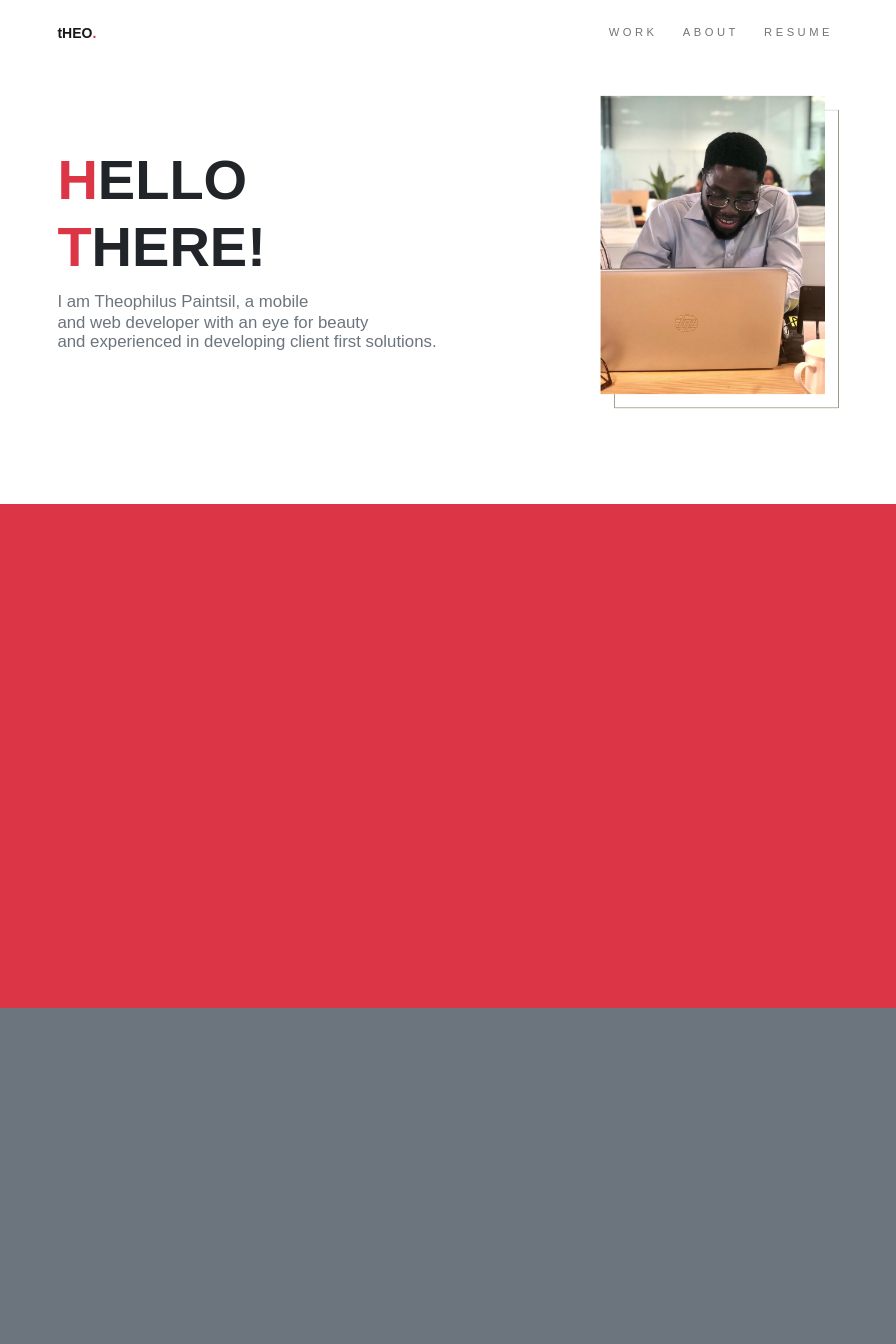
Repository: tHEO2k17/portfolio
Page: /
These files come from the project's save history. The page is drawn as it stood at one moment and after the next save; the edit follows.
The browser window is 1280 px wide. The pictures show the part of the page from y = 0 to 1920 px (the page is 3000 px tall), at 70% of full size.
The project was rebuilt for these pictures with package versions that can differ from the ones it lists, and the page was loaded fresh each time.

Above is the page before, as saved 2021-07-22 10:08:20.

### public/index.html
<!DOCTYPE html>
<html lang="en">
  <head>
    <meta charset="utf-8" />
    <link rel="icon" href="%PUBLIC_URL%/favicon.ico" />
    <meta name="viewport" content="width=device-width, initial-scale=1" />
    <meta name="theme-color" content="#000000" />
    <meta
      name="description"
      content="Web site created using create-react-app"
    />
    <link rel="apple-touch-icon" href="%PUBLIC_URL%/logo192.png" />
    <link rel="manifest" href="%PUBLIC_URL%/manifest.json" />
    <title>Theophilus Paintsil - Portfolio</title>
  </head>
  <body>
    <noscript>You need to enable JavaScript to run this app.</noscript>
    <div id="root"></div>
  </body>
</html>

### src/index.tsx
import React from 'react';
import ReactDOM from 'react-dom';
import './index.scss';
import App from './presentation/App';

ReactDOM.render(
  <React.StrictMode>
    <App />
  </React.StrictMode>,
  document.getElementById('root')
);

### src/index.scss
@import '~bootstrap/scss/bootstrap.scss';

body{
    font-family: Arial, Helvetica, sans-serif;
}
// Navbar
.navbar-light .navbar-nav{
    padding: 1.2rem 0rem;
}

.navbar-light .navbar-nav .nav-link {
   letter-spacing: 5px;
//    font-size: 14px;
}

.navbar-light .navbar-nav .nav-link:not(:last-child) {
    margin-right: 20px;
 }

### src/presentation/App.tsx
import React from 'react';
import { Switch, Route, BrowserRouter as Router, } from 'react-router-dom';
import HomePage from './pages/HomePage';

function App() {
  return (
    <Router>
      <Switch>
        <Route exact path="/" component={HomePage} />
      </Switch>
    </Router>
  );
}

export default App;

### src/presentation/pages/HomePage.tsx
import { Col, Container, Nav, Navbar, Row, Image } from "react-bootstrap";

export default function HomePage() {
    return (
        <>
            <Navbar expand="lg" fixed="top" variant="light">
                <Container>
                    <Navbar.Brand href="#home">
                        <span className="fw-bold">tHEO<b className="text-danger">.</b></span>
                    </Navbar.Brand>
                    <Navbar.Toggle />
                    <Navbar.Collapse>
                        <Nav className="ms-auto">
                            <Nav.Link href="#home">WORK</Nav.Link>
                            <Nav.Link href="#home">ABOUT</Nav.Link>
                            <Nav.Link href="#link">RESUME</Nav.Link>
                        </Nav>
                    </Navbar.Collapse>
                </Container>
            </Navbar>

            <header className="min-vh-100">
                <Container>
                    <Row className="align-items-center min-vh-100 my-auto gx-5">
                        <Col>
                            <h1 className="display-1 fw-bold">
                                <b className="text-danger">H</b>ELLO <br />
                                <b className="text-danger">T</b>HERE!
                            </h1>
                            <h4 className="fw-light text-muted mt-3">
                                I am Theophilus Paintsil, a mobile <br/>
                                and web developer with an eye for beauty <br/>
                                and experienced in developing client first solutions.
                            </h4>
                        </Col>
                        <Col md="4"> <Image src="assets/images/theo.png" fluid /> </Col>
                    </Row>
                </Container>
            </header>

            <section className="bg-danger min-vh-100">
                {/* skills and tools */}
            </section>

            <section className="bg-secondary min-vh-100">
                {/* employment history */}
            </section>

            <section className="bg-light min-vh-100">
                {/* work gallery */}
            </section>

            <footer className="bg-dark text-white">
                <Container className="py-5">
                    <Row>
                        <Col>&copy; {new Date().getFullYear()} Theophilus Paintsil. All rights reserved </Col>
                    </Row>
                </Container>
            </footer>

        </>
    );
}

After the next save:
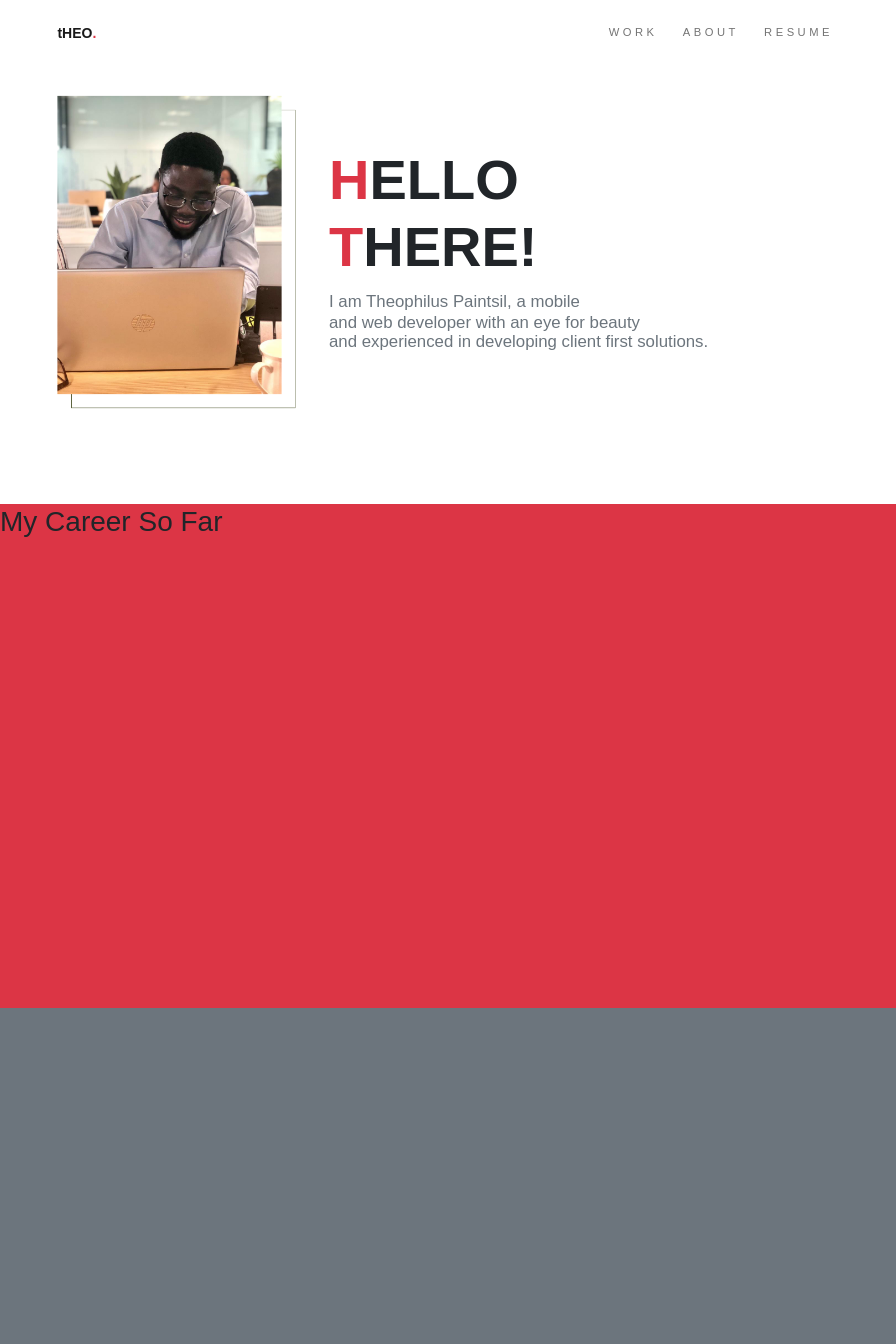
Saved 59 s later.
--- a/src/presentation/pages/HomePage.tsx
+++ b/src/presentation/pages/HomePage.tsx
@@ -22,6 +22,7 @@ export default function HomePage() {
             <header className="min-vh-100">
                 <Container>
                     <Row className="align-items-center min-vh-100 my-auto gx-5">
+                        <Col md="4"> <Image src="assets/images/theo.png" fluid /> </Col>
                         <Col>
                             <h1 className="display-1 fw-bold">
                                 <b className="text-danger">H</b>ELLO <br />
@@ -33,12 +34,12 @@ export default function HomePage() {
                                 and experienced in developing client first solutions.
                             </h4>
                         </Col>
-                        <Col md="4"> <Image src="assets/images/theo.png" fluid /> </Col>
                     </Row>
                 </Container>
             </header>
 
             <section className="bg-danger min-vh-100">
+                <h1>My Career So Far</h1>
                 {/* skills and tools */}
             </section>
 
